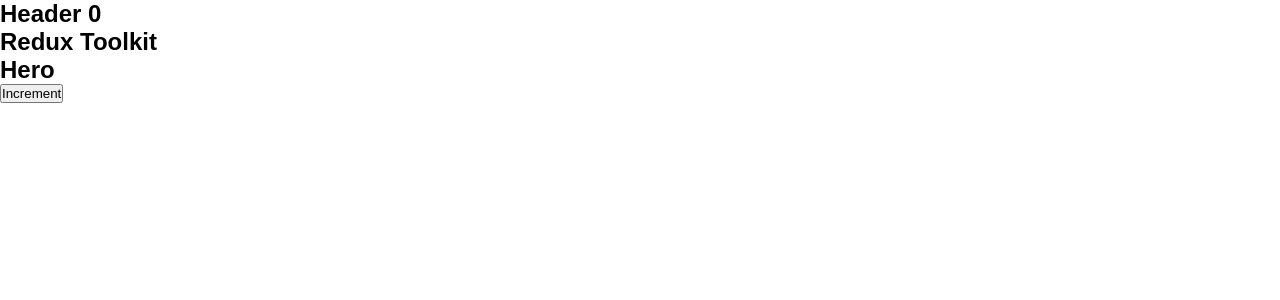
Repository: SitoraRashidova/userCrudFront
Page: /
These files come from the project's save history. The page is drawn as it stood at one moment and after a run of saves; the edit follows.
The browser window is 1280 px wide. The pictures show the whole page.
The project was rebuilt for these pictures with package versions that can differ from the ones it lists, and the page was loaded fresh each time. Also part of the build but not shown: vite.config.js.

Above is the page before, as saved 2024-12-09 22:18:42.

### src/main.jsx
import { StrictMode } from "react";
import { createRoot } from "react-dom/client";
import "./index.css";
import App from "./App.jsx";
// redux toolkid codes here
import { Provider } from "react-redux";
import store from "./redux/index.js";

createRoot(document.getElementById("root")).render(
  <StrictMode>
    <Provider store={store}>
      <App />
    </Provider>
  </StrictMode>
);

### src/App.jsx
import React from "react";
import { Header } from "./components/Header";
import Hero from "./components/Hero";
function App() {
  return (
    <>
      <Header />
      <h2>Redux Toolkit</h2>
      <Hero />
    </>
  );
}

export default App;

### src/redux/index.js
import { configureStore } from "@reduxjs/toolkit";
import counterSlice from "./slices/counter-slice";
const store = configureStore({
  reducer: {
    counter: counterSlice,
  },
});
export default store

### src/components/Header.jsx
import React from "react";
import { useSelector } from "react-redux";

export const Header = () => {
  const counter = useSelector((state) => state.counter.value);
  console.log(counter);
  return (
    <div>
      <h2>Header {counter}</h2>
    </div>
  );
};

### src/components/Hero.jsx
import React from "react";
import { useDispatch } from "react-redux";
import { inc } from "../redux/slices/counter-slice";
const Hero = () => {
  const dispatch = useDispatch();
  return (
    <div>
      <h2>Hero</h2>
      <button onClick={() => dispatch(inc())}>Increment</button>
    </div>
  );
};

export default Hero;

### src/redux/slices/counter-slice.js
import { createSlice } from "@reduxjs/toolkit";
const counterSlice = createSlice({
  name: "counter",
  initialState: {
    value: 0,
  },
  reducers: {
    inc(state) {
      state.value =+ 1;
    },
    dec(state) {
      state.value =- 1;
    },
  },
});
export const { inc, dec } = counterSlice.actions; //setState
export default counterSlice.reducer; //state

Loaded but not shown: index.html (common file); src/index.css (common file)

After the next 2 saves:
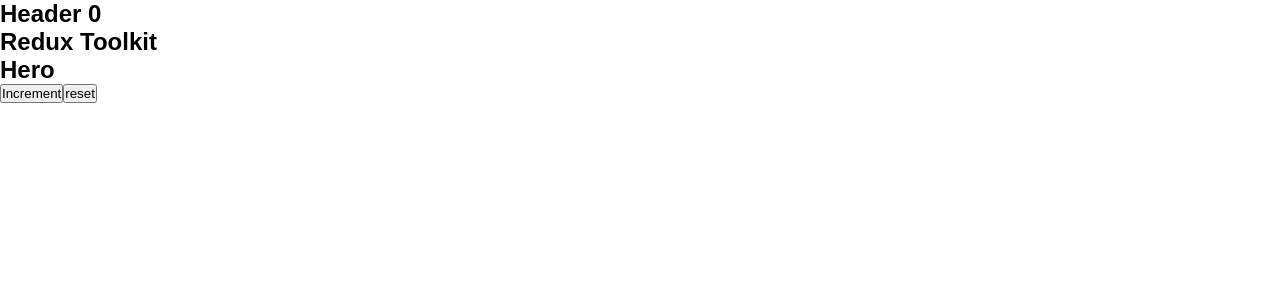
The 2 saves are shown as one change because they came seconds apart.
The last was saved 7 min 45 s later.
--- a/src/components/Hero.jsx
+++ b/src/components/Hero.jsx
@@ -7,6 +7,7 @@
     <div>
       <h2>Hero</h2>
       <button onClick={() => dispatch(inc())}>Increment</button>
+      <button>reset</button>
     </div>
   );
 };
